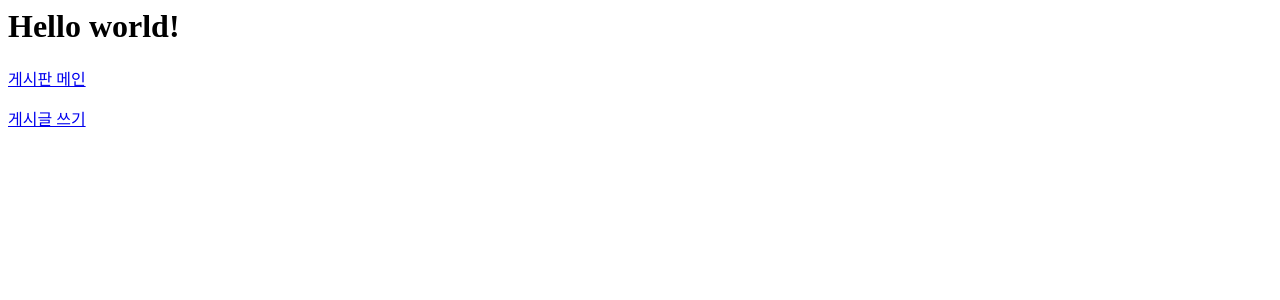
Repository: HJCroCat/project4
Page: http://localhost/koravle/
These files come from the project's save history. The page is drawn as it stood at one moment and after a run of saves; the edit follows.
The browser window is 1280 px wide. The pictures show the whole page.
The page is served by Tomcat 9. Nobody is signed in. The application's start-up code is not run. Other server files are loaded and not shown.

Above is the page before, as saved 2021-12-15 08:54:05.

### koravle/koravle/src/main/webapp/index.jsp
<%@ page language="java" contentType="text/html; charset=UTF-8"
    pageEncoding="UTF-8"%>

<html>
<head>
	<title>Home</title>
</head>
<body>
<h1>
	Hello world!
</h1>


<p> <a href="getBoardList.do">게시판 메인</a>
<p> <a href="insertBoard.do">게시글 쓰기</a>


</body>
</html>

After the next 3 saves:
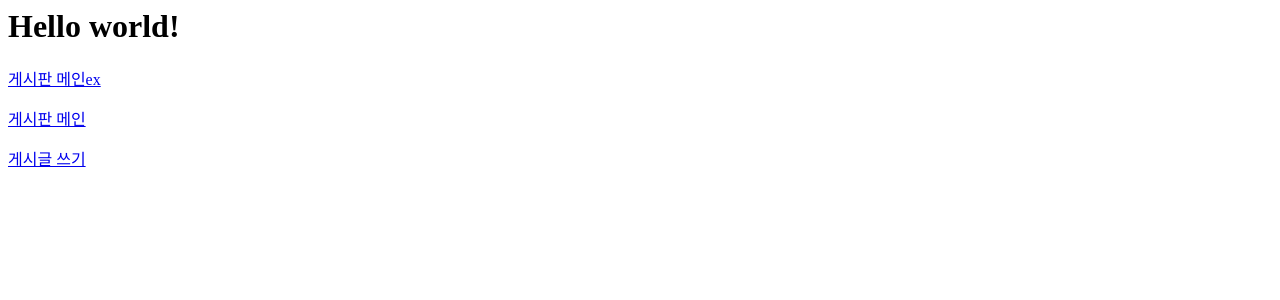
The 3 saves are shown as one change because they came seconds apart.
The last was saved 18 h 16 min later.
--- a/koravle/koravle/src/main/webapp/index.jsp
+++ b/koravle/koravle/src/main/webapp/index.jsp
@@ -11,6 +11,8 @@
 </h1>
 
 
+<p> <a href="updatePage.do">게시판 메인ex</a>
+
 <p> <a href="getBoardList.do">게시판 메인</a>
 <p> <a href="insertBoard.do">게시글 쓰기</a>
 
